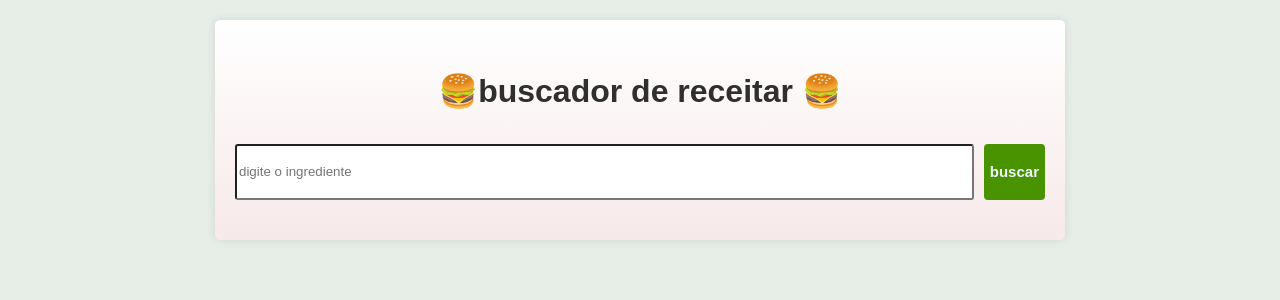
Repository: RoneT9/Receitas
Page: receita.html
These files come from the project's save history. The page is drawn as it stood at one moment and after the next save; the edit follows.
The browser window is 1280 px wide. The pictures show the whole page.

Above is the page before, as saved 2026-02-08 17:01:23.

After the next save:
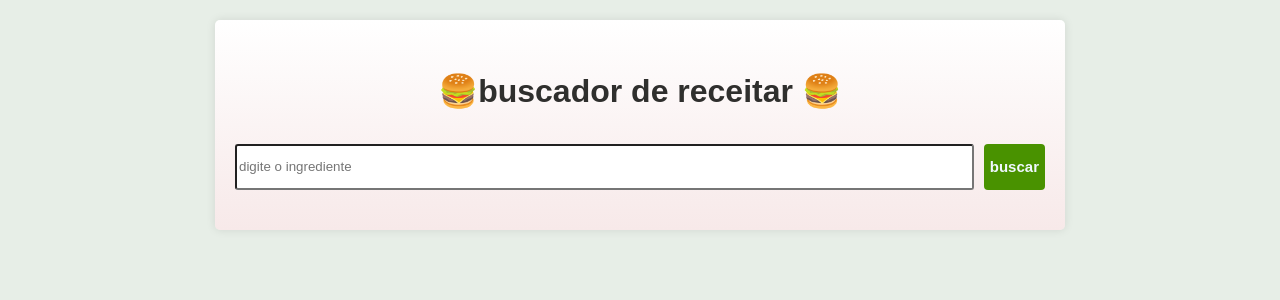
Saved 11 s later.
--- a/receita.css
+++ b/receita.css
@@ -31,7 +31,7 @@ h1 {
   height: 28px;
   outline: none;
   border-radius: 3px;
-  height: 50px;
+  height: 40px;
 }
 
 .seach-ipunt:focus {
